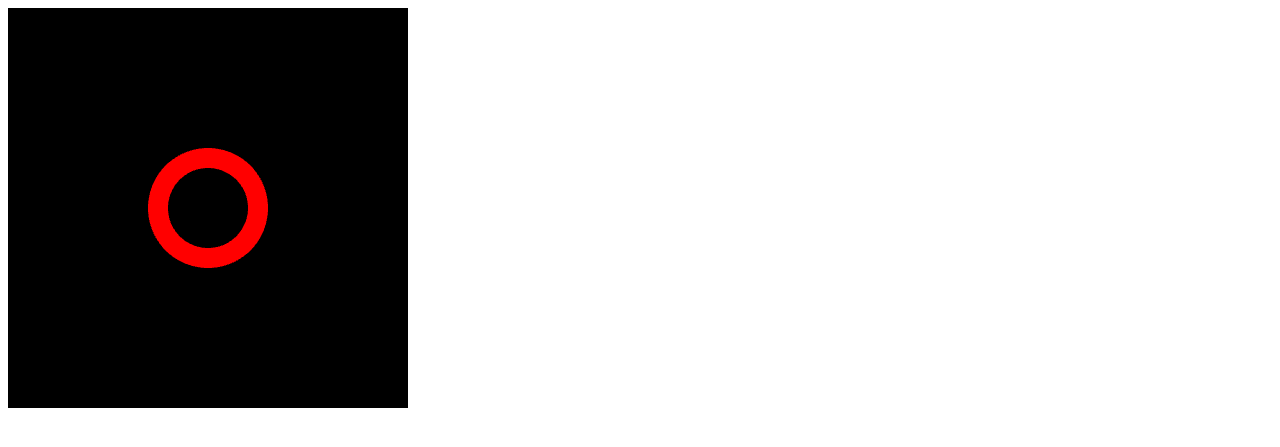
Repository: ChristeZeng/ComputerGraphics
Page: Lab2/Test.html
These files come from the project's save history. The page is drawn as it stood at one moment and after the next save; the edit follows.
The browser window is 1280 px wide. The pictures show the whole page.

Above is the page before, as saved 2021-10-02 17:18:43.

After the next save:
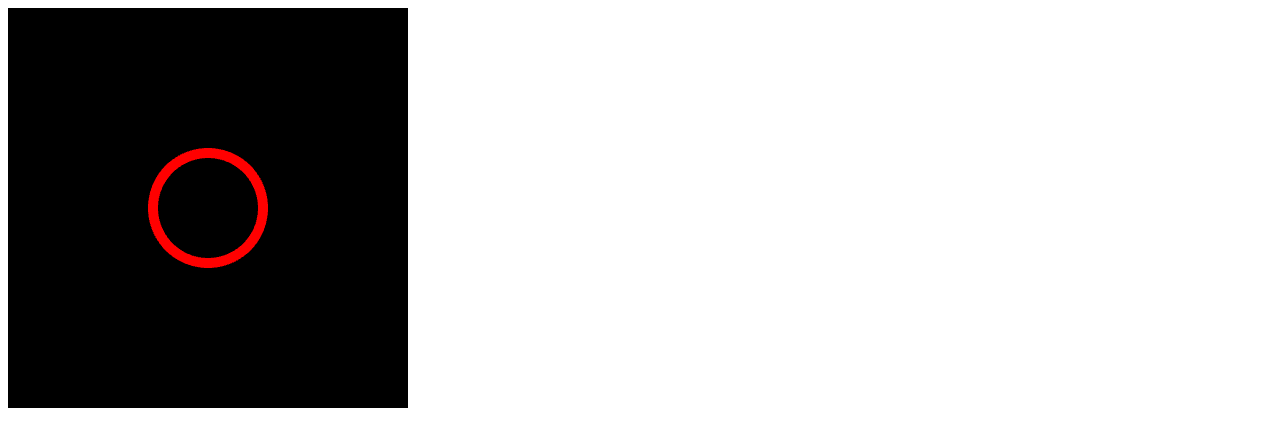
Saved 13 s later.
--- a/Lab2/Test.js
+++ b/Lab2/Test.js
@@ -78,7 +78,7 @@
 {
     var N = 100;
     var vertices = [0.0, 0.0];
-    var r_inner = 0.2;
+    var r_inner = 0.25;
     var r_outter = 0.3;
 
     for (var i = 0; i <= N; i++)
